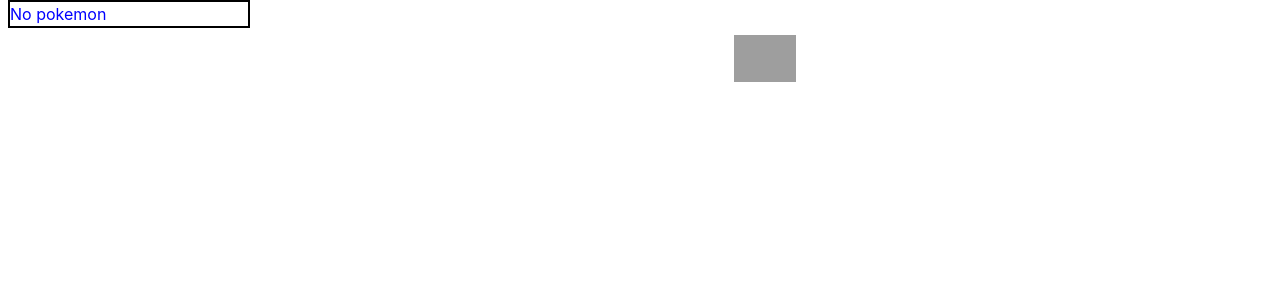
Repository: htihaS/pokemon-world
Page: /
An editor plug-in stored every save of this project. The page is shown before and after a run of saves, followed by the edit.
The browser window is 1280 px wide. The pictures show the whole page.
Pictures or frames that could not be fetched are drawn as grey boxes. The page's requests for data from a server got no answer. The project was rebuilt for these pictures with package versions that can differ from the ones it lists, and the page was loaded fresh each time. No one was signed in, and anything a server would have sent is missing. Also part of the build but not shown: src/Components/PokemonDetails.js.

Above is the page before, as saved 2022-10-21 13:59:01.

### public/index.html
<!DOCTYPE html>
<html lang="en">
  <head>
    <meta charset="utf-8" />
    <link rel="icon" href="%PUBLIC_URL%/favicon.ico" />
    <meta name="viewport" content="width=device-width, initial-scale=1" />
    <meta name="theme-color" content="#000000" />
    <meta
      name="description"
      content="Web site created using create-react-app"
    />
    <link href="https://cdn.jsdelivr.net/npm/bootstrap@5.1.3/dist/css/bootstrap.min.css" rel="stylesheet" integrity="sha384-1BmE4kWBq78iYhFldvKuhfTAU6auU8tT94WrHftjDbrCEXSU1oBoqyl2QvZ6jIW3" crossorigin="anonymous">
    <link rel="apple-touch-icon" href="%PUBLIC_URL%/logo192.png" />
    <!--
      manifest.json provides metadata used when your web app is installed on a
      user's mobile device or desktop. See https://developers.google.com/web/fundamentals/web-app-manifest/
    -->
    <link rel="manifest" href="%PUBLIC_URL%/manifest.json" />
    <!--
      Notice the use of %PUBLIC_URL% in the tags above.
      It will be replaced with the URL of the `public` folder during the build.
      Only files inside the `public` folder can be referenced from the HTML.

      Unlike "/favicon.ico" or "favicon.ico", "%PUBLIC_URL%/favicon.ico" will
      work correctly both with client-side routing and a non-root public URL.
      Learn how to configure a non-root public URL by running `npm run build`.
    -->
    <script src="https://cdn.jsdelivr.net/npm/bootstrap@5.1.3/dist/js/bootstrap.bundle.min.js" integrity="sha384-ka7Sk0Gln4gmtz2MlQnikT1wXgYsOg+OMhuP+IlRH9sENBO0LRn5q+8nbTov4+1p" crossorigin="anonymous"></script>
    <title>React App</title>
  </head>
  <body>
    <noscript>You need to enable JavaScript to run this app.</noscript>
    <div id="root"></div>
    <!--
      This HTML file is a template.
      If you open it directly in the browser, you will see an empty page.

      You can add webfonts, meta tags, or analytics to this file.
      The build step will place the bundled scripts into the <body> tag.

      To begin the development, run `npm start` or `yarn start`.
      To create a production bundle, use `npm run build` or `yarn build`.
    -->
  </body>
</html>

### src/App.js
import './App.css';
import {
  BrowserRouter as Router,
  Routes,Route
} from 'react-router-dom';
import Home from './Components/Home';
//import PokemonDetails from './Components/PokemonDetails';
import Sidebar from './Components/Sidebar';

function App() {
  return (
    <div className="App">
      <Sidebar></Sidebar>
      {/* <Router>
      <Routes>
        <Route path='/' element = {<Home/>} />
        <Route path='/pokemondetails' element = {<PokemonDetails/>} />
      </Routes>

      </Router> */}
    </div>
  );
}

export default App;

### src/App.css
.App {
  text-align: center;
}

.logo{
  padding-top: 0.2rem;
  height: 50px;
}

ul {
  list-style-type: none;
}
.home{
  display: flex;
  flex-direction: row;
}
.sidebar{
  width: 20%;
  margin-left: 0.5rem;
  border-right: 20rem;
  overflow-x: hidden;
  overflow-y: scroll;
  text-align:justify;
  color:blue;
}
.active{
  background-color:yellow;
}

.details{
width: 80%;
margin: 2rem;
}
ul{
  border:2px solid black;
  padding-left: 0rem;
}
li{
  border-bottom: 1px solid black;
  padding: 1rem;
}

### src/Components/Home.js
import React from "react";


const Home = ()=>{

    return(
        <div>
            <img class='logo' src="https://www.freepnglogos.com/uploads/pokemon-logo-png-0.png" alt="pokemon logo"></img>
        </div>
    )
}

export default Home;

### src/Components/Sidebar.js
import React, { useEffect, useState } from 'react';
//import {  Row , Col , Container } from 'reactstrap';
import axios from "axios";
import PokemonDetails from './PokemonDetails';
import Home from './Home';
//import { Link } from 'react-router-dom';


const Sidebar =()=>{

    const [pokemon,setPokemon] = useState([])
    const [selectedPokemonUrl,setSelectedPokemonUrl] = useState("");
    const pokemonNamesUrl = "https://pokeapi.co/api/v2/pokemon?limit=100"

    useEffect(()=>{
        getPokemonData();
        activelistitem();
    },[])

    function activelistitem(){
        var ul = document.getElementById("list");
        var listItems = ul.getElementsByTagName("li");
        for(var li of  listItems){
            li.addEventListener('click', function(){
                if(this.classList.contains('active')){
                    this.classList.remove("active");
                } else {
                    this.classList.add("active");
                }
            })
        }
    }

    function getPokemonData(){
        axios.get(`${pokemonNamesUrl}`).then(
            (response) =>{
                setPokemon(response.data.results)
            },
            (error) => {
                console.log("error in fetching data");
            }
            )
    }


    return(
        <div className='home'>
                <div className='sidebar scrollbar list-group list-group-flush overflow-auto h-100'>
                    <ul className='ul-border' id='list'>{
                        pokemon.length > 0? pokemon.map((item)=> (<li className='listItem' onClick={()=>{
                            setSelectedPokemonUrl(item.url);
                        }}>{item.name}</li> ) )  : "No pokemon"
                    }
                    </ul>
               </div>
               <div className='details'>
                    {
                        selectedPokemonUrl !== "" ? (<PokemonDetails url={selectedPokemonUrl}></PokemonDetails>):(<Home></Home>)

                    }
               </div>

        </div>
        )
}

export default Sidebar;

Loaded but not shown: src/index.js (common file); src/index.css (common file); src/reportWebVitals.js (common file)

After the next 2 saves:
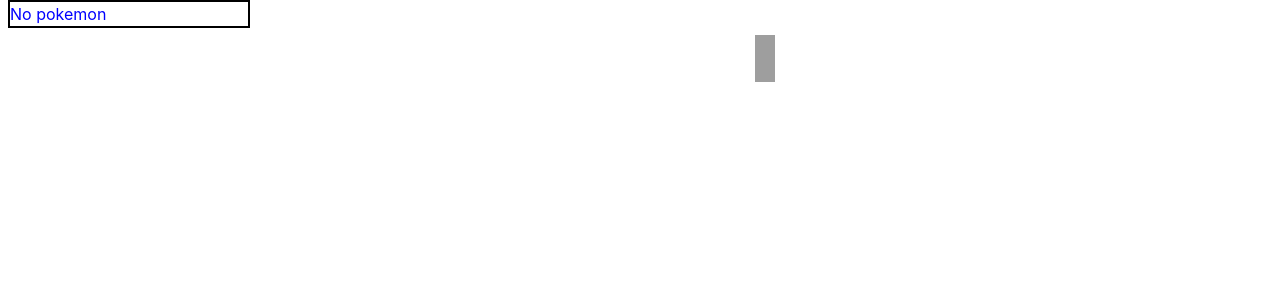
The 2 saves are shown as one change because they came seconds apart.
The last was saved 7 s later.
--- a/src/App.css
+++ b/src/App.css
@@ -5,6 +5,7 @@
 .logo{
   padding-top: 0.2rem;
   height: 50px;
+  width: 20px;
 }
 
 ul {
